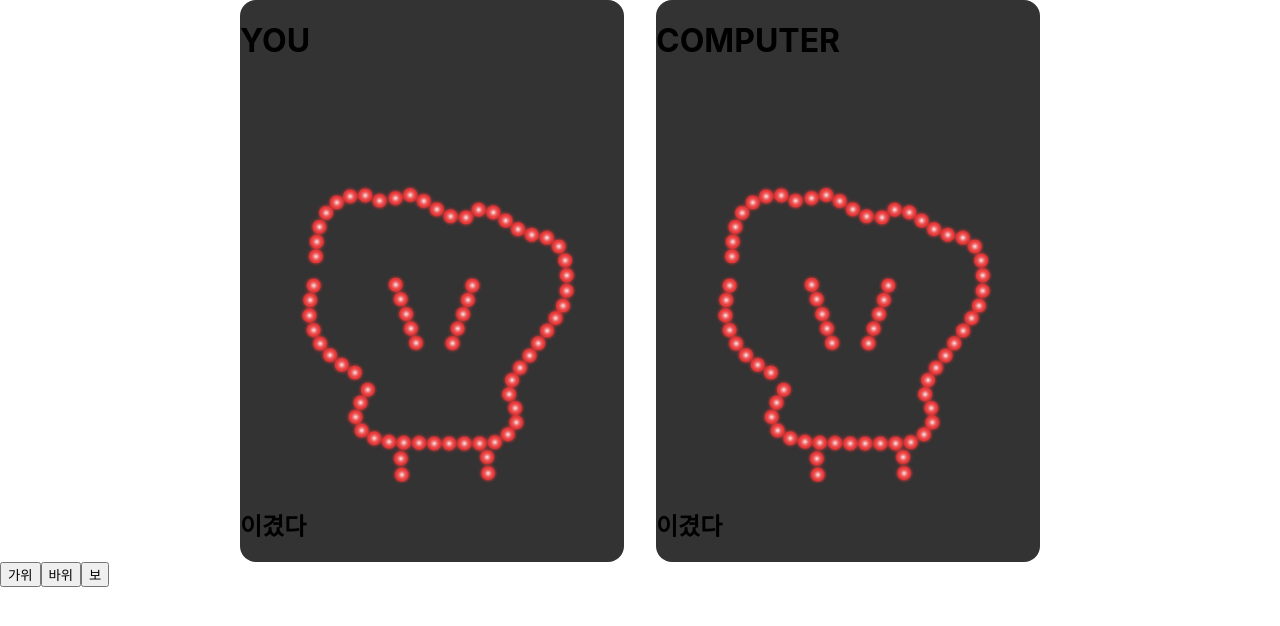
Repository: KIMMIHYE12/classComponent
Page: /
These files come from the project's save history. The page is drawn as it stood at one moment and after the next save; the edit follows.
The browser window is 1280 px wide. The pictures show the whole page.
The project was rebuilt for these pictures with package versions that can differ from the ones it lists, and the page was loaded fresh each time.

Above is the page before, as saved 2024-03-18 20:51:22.

### src/App.js
import "./App.css";
import { Box } from "./component/Box";

function App() {
  return (
    <>
      <div className='game_screen'>
        <Box title='YOU' />
        <Box title='COMPUTER' />
      </div>
      <div>
        <button>가위</button>
        <button>바위</button>
        <button>보</button>
      </div>
    </>
  );
}

export default App;

### src/App.css
.game_screen {
  width: 100%;
  display: flex;
  justify-content: center;
}
.box {
  width: 30%;
  margin: 0 1em;
  background: #333;
  border-radius: 1em;
}
img {
  width: 100%;
}

### src/component/Box.js
import React from "react";

export const Box = (props) => {
  console.log(props);
  return (
    <div className='box'>
      <h1>{props.title}</h1>
      <img src='/images/rock.png' />
      <h2>이겼다</h2>
    </div>
  );
};

Loaded but not shown: public/index.html (common file); src/index.js (common file); src/index.css (common file); src/reportWebVitals.js (common file)

After the next save:
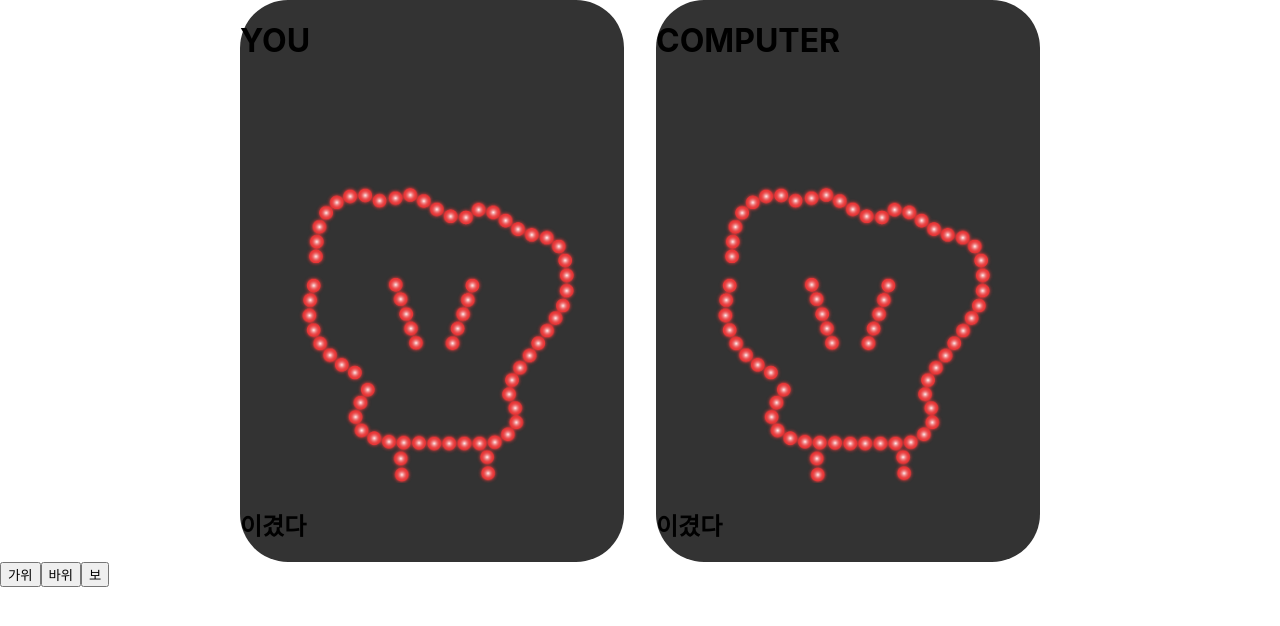
Saved 4 s later.
--- a/src/App.css
+++ b/src/App.css
@@ -7,7 +7,7 @@
   width: 30%;
   margin: 0 1em;
   background: #333;
-  border-radius: 1em;
+  border-radius: 3rem;
 }
 img {
   width: 100%;
